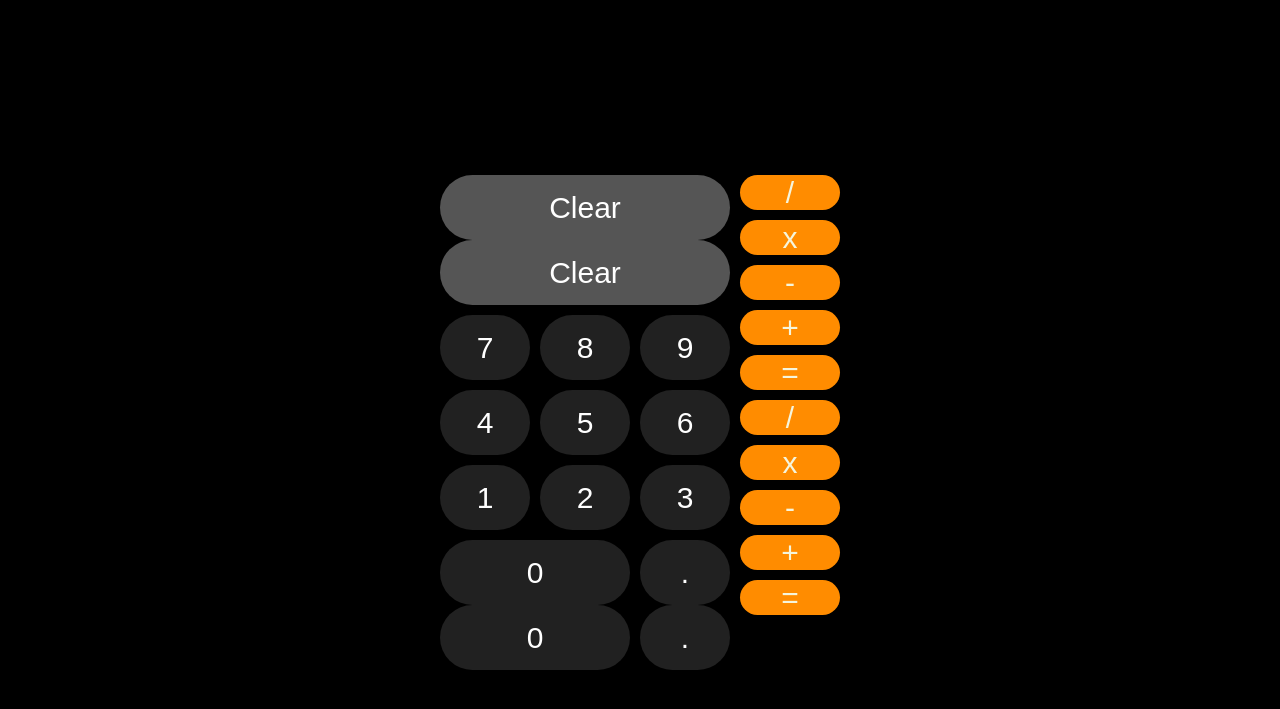
Repository: kocokoy/Calculator
Page: index.html
The author's editor kept a copy of each file at every save. The page is drawn from the files as they stood at one save, then again after the next save.
The browser window is 1280 px wide. The pictures show the whole page.
After loading, the first visible `button.clear-button` was clicked once.

Above is the page before, as saved 2024-10-23 08:52:46.

### index.html
<!DOCTYPE html>
<html lang="en">
<head>
  <meta charset="UTF-8">
  <meta name="viewport" content="width=device-width, initial-scale=1.0">
  <link rel="stylesheet" href="/style.css">
  <title>Document</title>
</head>
<body>
  <div class="container">
    <div class="output-number">
      <div class="number"></div>
    </div>
    <div class="calculator-container">
      <div class="number-and-clear-container">
        <div class="clear-button-container">
        </div>
        <div class="number-container">

        </div>
        <div class="zero-button-container">
        </div>
      </div>
      <div class="operator-container"></div>
    </div>
  </div>
  <script src="/script.js"></script>
</body>
</html>

### style.css
body{
  padding: 0;
  margin: 0;
  height: 100%;
  background-color: black;
  font-family: Arial, Helvetica, sans-serif;
}
button{
  border: none;
  border-radius: 100px;
  height: 65px;
  margin: 0;
  padding: 0;
  font-size: 30px;
  cursor: pointer;
}
.container{
  display: flex;
  align-items: center;
  justify-content: center;
  flex-direction: column;
  height: 100vh;
}
.calculator-container{
  display: flex;
  align-items: center;
  justify-content: center;
}
.number-and-clear-container{
  height: 450px;
  width: 300px;
  display: block;
}
.clear-button-container{
  display: grid;
  grid-template-columns: 1fr;
  margin-bottom: 10px;
}
.clear-button-container button{
  margin-right: 10px;
  background-color: rgb(85, 85, 85);
  color: rgb(255, 255, 255);
}
.number-container{
  display: grid;
  grid-template-columns: 1fr 1fr 1fr;
  direction: rtl;
}
.number-container button{
  margin-bottom: 10px;
  margin-right: 10px;
  background-color: hsl(0, 0%, 13%);
  color: white;
}
.zero-button-container{
  display: grid;
  grid-template-columns: 1fr 100px;
}
.zero-button-container button{
  margin-right: 10px;
  background-color: hsl(0, 0%, 13%);
  color: white;
}

.operator-container{
  height: 450px;
  width: 100px;
  display: flex;
  flex-direction: column;
}
.operator-container button{
  font-size: 30px;
  margin-bottom: 10px;
  color: beige;
  background-color: hsl(33, 100%, 50%);
}

.output-number{
  height: 70px;
  width: 395px;
  margin-bottom: 10px;
  display: flex;
  justify-content: end;
  font-size: 70px;
  color: white;
}

### script.js
const calculatorButton = ['Clear',1,2,3,4,5,6,7,8,9,0,'.'];
const operatorContent = ['/','x','-','+','='];
const numberContainer = document.querySelector('.number-container');
const clearButtonContainer = document.querySelector('.clear-button-container');
const zeroButtonContainer = document.querySelector('.zero-button-container');
const operatorContainer = document.querySelector('.operator-container');
const outputElement = document.querySelector('.number');
// const number = document.querySelector('.number');

let num1 = '';
let num2 = '';
let operator = '';
let result = 0;
let equals ='';
let html = '';
displayButton();


function displayButton(){
  const descendedNumber = calculatorButton.sort((a,b) => b-a)
  for(const num of descendedNumber){
    const button = document.createElement('button');
    if(num === 'Clear'){
      button.classList.add('clear-button');
      button.textContent = num;
      clearButtonContainer.appendChild(button);
    }else if(num === 0 || num === '.'){
      button.classList.add('zero-button');
      button.textContent = num;
      zeroButtonContainer.appendChild(button);
    }else{
      button.classList.add('number-button');
      button.textContent = num;
      numberContainer.appendChild(button);
    }
  }

  operatorContent.forEach(operand => {
    const button = document.createElement('button');
    button.classList.add('operator-button');
    button.textContent = operand;
    operatorContainer.appendChild(button);
  });

  buttonsClicked();
}

function buttonsClicked(){
  const operatorButton = document.querySelectorAll('.operator-button');
  operatorButton.forEach((operButton,i) => {
    operButton.addEventListener('click', () => {
      if(operButton.textContent != '='){
        operator = operButton.textContent;
        outputElements(operator);
      }else{
        if(num1 && num2 && operator){
          equals = operButton.textContent;
        }
        if(equals === '='){
          console.log(equals);
          console.log(`${num1}${operator}${num2}`)
          operate(num1,num2,operator);
        }
      }

    })
  })
}

const numberButton = document.querySelectorAll('.number-button');
numberButton.forEach((numButton,i) => {
  numButton.addEventListener('click', () => {
    console.log(numButton);
    if (operator === '') {
      num1 += numButton.textContent;
      outputElements(numButton.textContent);
      console.log('Num1:', num1);
    } else {
      num2 += numButton.textContent;
      outputElements(numButton.textContent);
      console.log('Num2:', num2);
    }
  })
})

const clearButton = document.querySelector('.clear-button');
clearButton.addEventListener('click',() => {
  clearContent();
  outputElement.textContent = '';
  displayButton();
})

function clearContent(){
  num1 = '';
  num2 = '';
  operator = '';
  result = 0;
  equals ='';
  html = '';
  numberContainer.innerHTML = '';
  console.log(numberContainer);
  // outputElement.textContent = '';
  console.log(num1);
  console.log(num2);
}


function outputElements(a){
  if(num1 && num2 && operator && equals){
    outputElement.textContent = '';
    outputElement.textContent = a;
    clearContent();
  }else{
    html+=a;
    console.log(html);
    outputElement.textContent = html;
  }
}

function operate(num1,num2,operator){
  number1 = parseInt(num1,10);
  number2 = parseInt(num2,10);
  if(operator === '+'){
    addOperator(number1,number2);
  }else if(operator === '-'){
    minusOperator(number1,number2);
  }else if(operator === '*'){
    timesOperator(number1,number2);
  }else if(operator === '/'){
    divideOperator(number1,number2);
  }
}

const addOperator = (a,b) => {
  console.log(a,b);
  result = a + b;
  outputElements(result);
  return console.log(result);
}

const minusOperator = (a,b) => {
  result = a-b;
  outputElements(result);
  return console.log(result);
}

const timesOperator = (a,b) => {
  result = a*b;
  outputElements(result);
  return console.log(result);
}

const divideOperator = (a,b) => {
  sum = a/b;
  outputElements(result);
  return console.log(result);
}

After the next save:
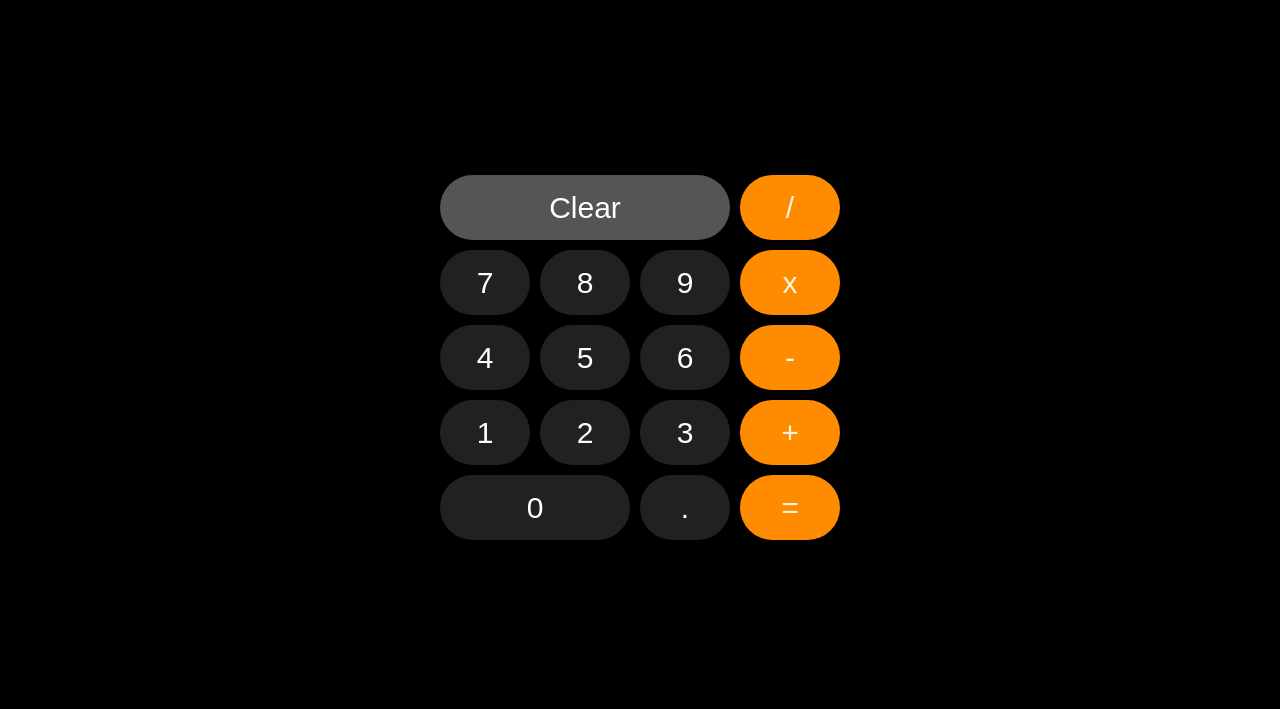
Console error: TypeError: Failed to execute 'appendChild' on 'Node': parameter 1 is not of type 'Node'.
Saved 46 s later.
--- a/script.js
+++ b/script.js
@@ -97,11 +97,8 @@ function clearContent(){
   result = 0;
   equals ='';
   html = '';
-  numberContainer.innerHTML = '';
+  numberContainer.appendChild(html);
   console.log(numberContainer);
-  // outputElement.textContent = '';
-  console.log(num1);
-  console.log(num2);
 }
 
 
